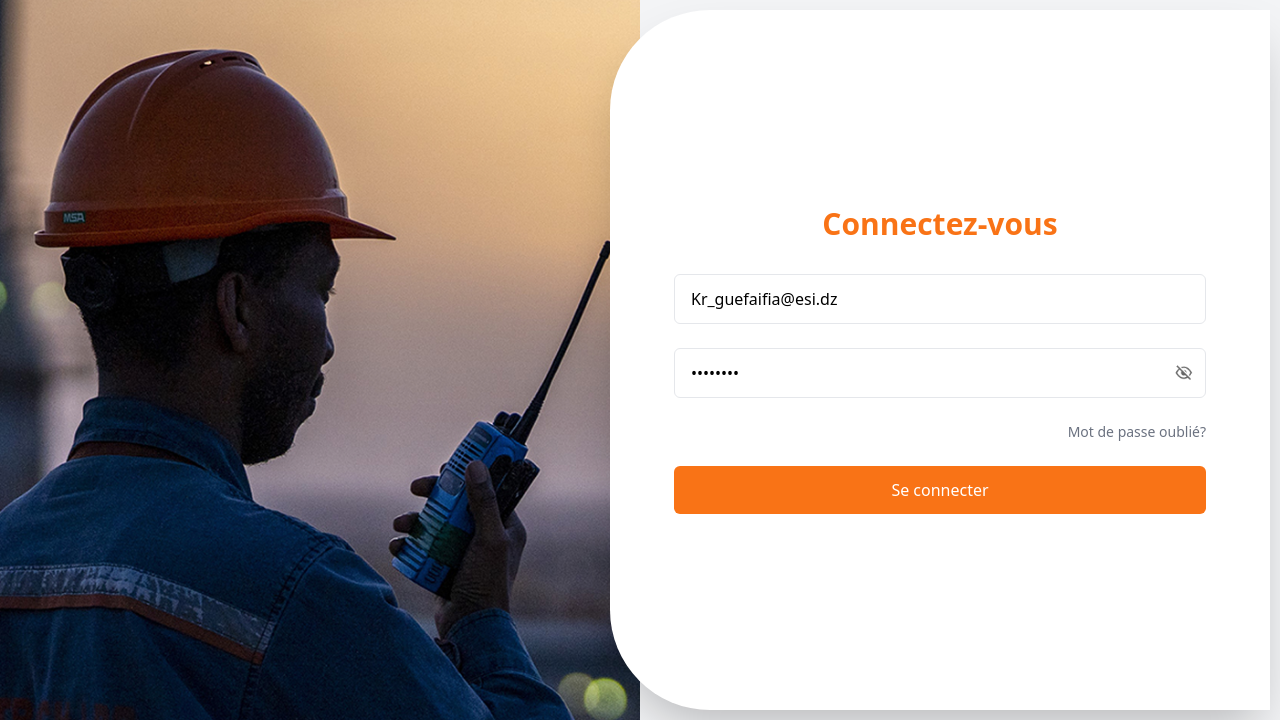
Repository: 123455675848484848484884848484/Projet_2cs
Page: / (app in front/)
The author's editor kept a copy of each file at every save. The page is drawn from the files as they stood at one save, then again after the next save.
The browser window is 1280 px wide. The pictures show the whole page.
The project was rebuilt for these pictures with package versions that can differ from the ones it lists, and the page was loaded fresh each time. Also part of the build but not shown: front/src/App.css.

Above is the page before, as saved 2025-04-20 12:04:53.

### front/src/App.js

import './App.css';
// App.jsx
import React from "react";
import Login from "./Login"; // Assure-toi que le chemin est correct

function App() {
  return <Login />;
}

export default App;

### front/src/Login.jsx
import React, { useState } from "react";

const Login = () => {
  const [showPassword, setShowPassword] = useState(false);
  const [email, setEmail] = useState("Kr_guefaifia@esi.dz");
  const [error, setError] = useState("");

  const handleSubmit = (e) => {
    e.preventDefault();
    if (!email.includes("@")) {
      setError("L'adresse email doit contenir un '@'");
      return;
    }
    setError("");
    alert("Connexion réussie !");
  };

  return (
    <div className="h-screen w-screen flex bg-gray-100">
      {/* Image à gauche */}
      <div className="w-1/2 h-full">
        <img
          src="/login.png"
          alt="worker"
          className="w-full h-full object-cover"
        />
      </div>

      {/* Formulaire arrondi */}
      <div className="w-1/2 h-full flex items-center justify-center">
      <div className="bg-white rounded-l-[100px] -ml-10 shadow-2xl px-16 py-20 w-[660px] h-[700px] flex flex-col justify-center">
                  <h2 className="text-3xl font-bold text-orange-500 mb-8 text-center">
            Connectez-vous
          </h2>

          <form className="space-y-6" onSubmit={handleSubmit}>
            {/* Email */}
            <div>
              <input
                type="email"
                placeholder="Email"
                value={email}
                onChange={(e) => setEmail(e.target.value)}
                className="w-full px-4 py-3 border rounded-md focus:outline-none focus:ring-2 focus:ring-orange-400"
              />
              {error && (
                <p className="text-red-500 text-sm mt-1">{error}</p>
              )}
            </div>

            {/* Mot de passe */}
            <div className="relative">
              <input
                type={showPassword ? "text" : "password"}
                placeholder="Mot de passe"
                defaultValue="password"
                className="w-full px-4 py-3 border rounded-md focus:outline-none focus:ring-2 focus:ring-orange-400"
              />
              <span
                onClick={() => setShowPassword(!showPassword)}
                className="absolute inset-y-0 right-3 flex items-center cursor-pointer"
              >
                {showPassword ? (
                  <span className="text-gray-500 text-lg">👁️</span>
                ) : (
                  <img
                    src="/icon.png"
                    alt="hidden"
                    className="w-5 h-5"
                  />
                )}
              </span>
            </div>

            {/* Mot de passe oublié */}
            <div className="text-right text-sm text-gray-500">
              <a href="#" className="hover:underline">
                Mot de passe oublié?
              </a>
            </div>

            {/* Bouton */}
            <button
              type="submit"
              className="w-full bg-orange-500 hover:bg-orange-600 text-white font-medium py-3 rounded-md transition"
            >
              Se connecter
            </button>
          </form>
        </div>
      </div>
    </div>
  );
};

export default Login;

Loaded but not shown: front/public/index.html (common file); front/src/index.js (common file); front/src/index.css (common file); front/src/reportWebVitals.js (common file); front/tailwind.config.js (common file)

After the next save:
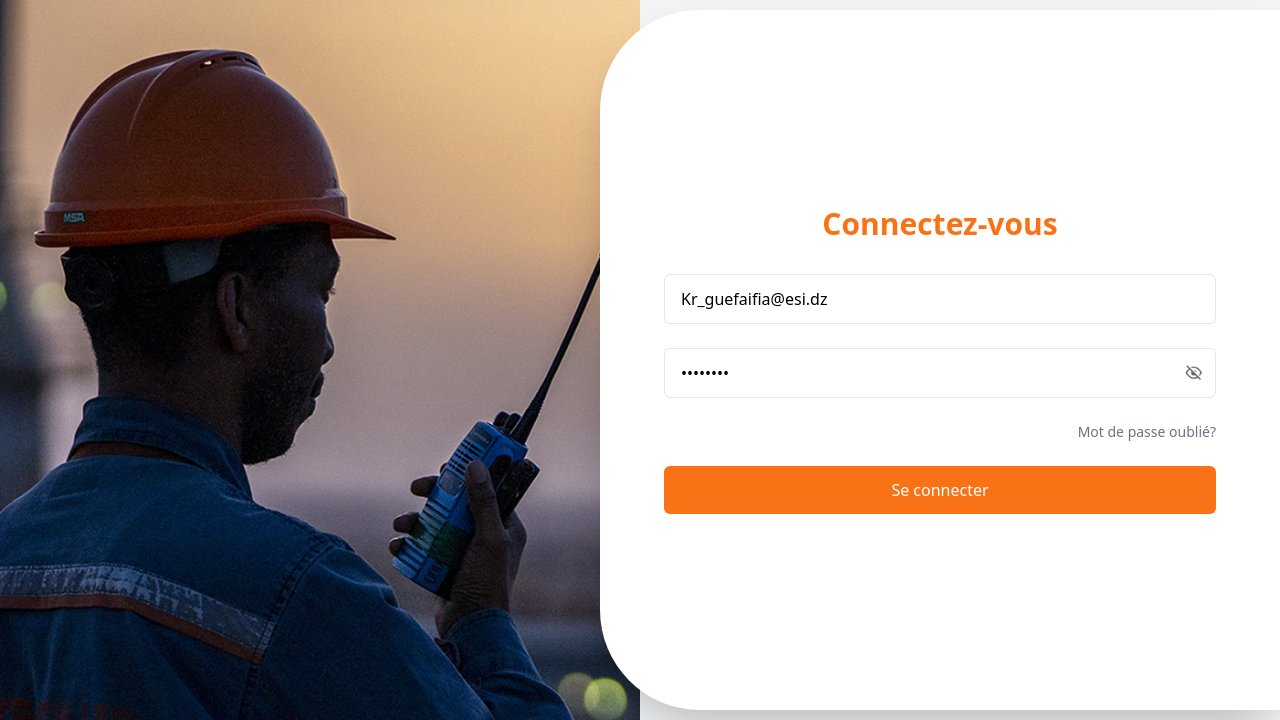
Saved 13 s later.
--- a/front/src/Login.jsx
+++ b/front/src/Login.jsx
@@ -28,7 +28,7 @@ const Login = () => {
 
       {/* Formulaire arrondi */}
       <div className="w-1/2 h-full flex items-center justify-center">
-      <div className="bg-white rounded-l-[100px] -ml-10 shadow-2xl px-16 py-20 w-[660px] h-[700px] flex flex-col justify-center">
+      <div className="bg-white rounded-l-[100px] -ml-10 shadow-2xl px-16 py-20 w-[760px] h-[700px] flex flex-col justify-center">
                   <h2 className="text-3xl font-bold text-orange-500 mb-8 text-center">
             Connectez-vous
           </h2>
